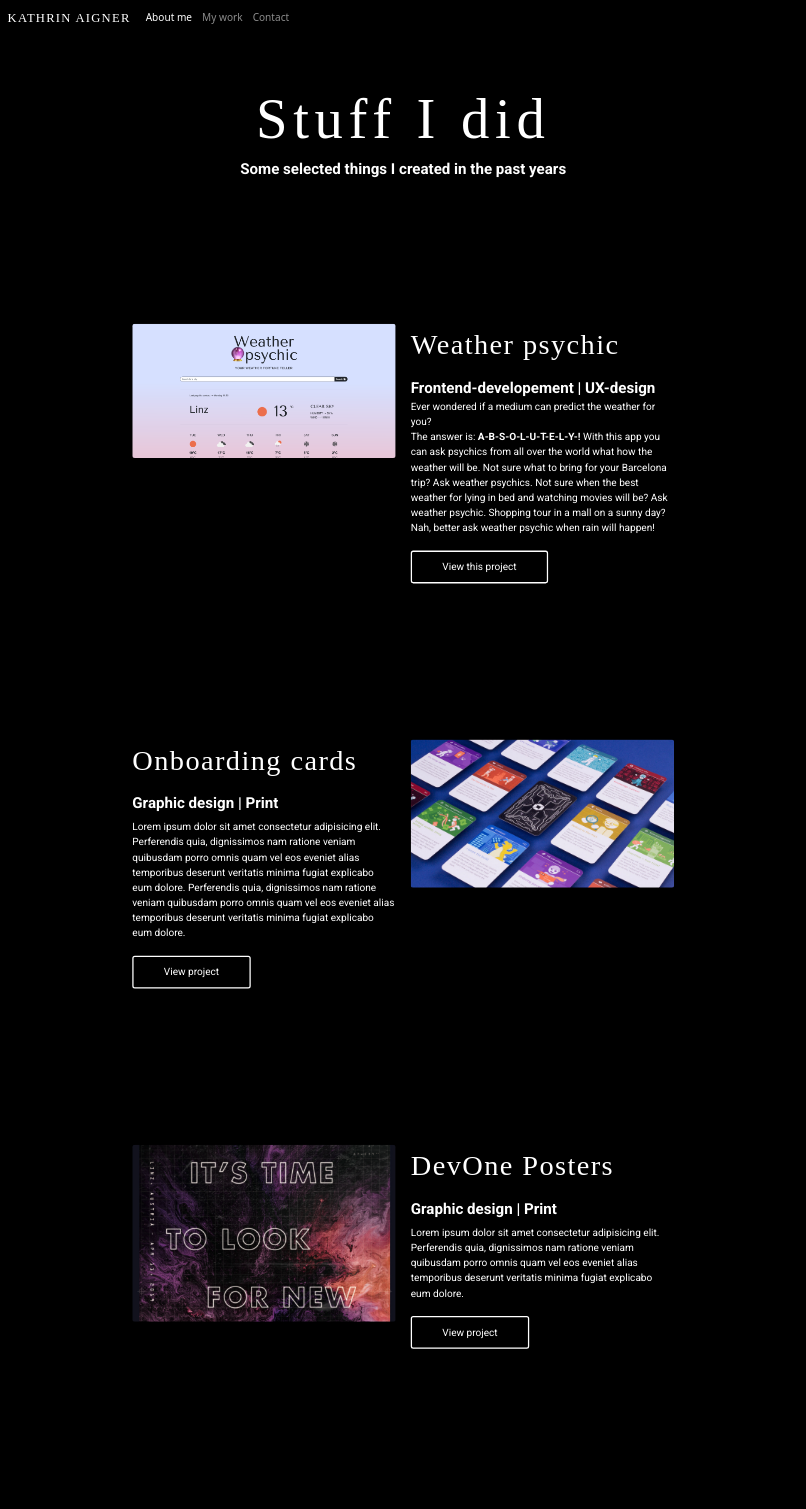
Repository: kathrin-aigner/Portfolio-2022
Page: work.html
The author's editor kept a copy of each file at every save. The page is drawn from the files as they stood at one save, then again after the next save.
The browser window is 1280 px wide. The pictures show the whole page, at 63% of full size.
Some web fonts or font styles are not loaded; a fallback is used. Some web libraries are served in a nearby version.

Above is the page before, as saved 2022-03-28 14:52:22.

After the next save:
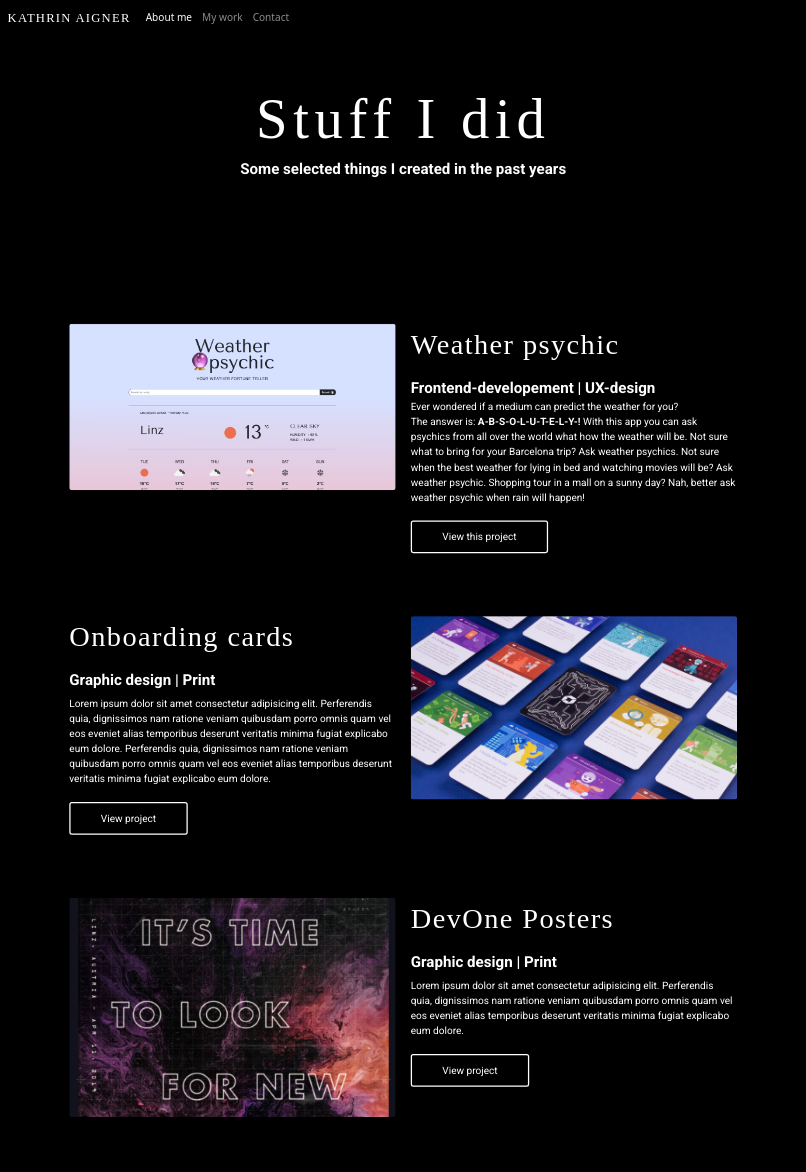
Saved 13 s later.
--- a/css/styles.css
+++ b/css/styles.css
@@ -87,5 +87,5 @@ a.email {
   color: var(--primary-color);
 }
 .row {
-  padding: 100px;
+  margin-top: 100px;
 }
